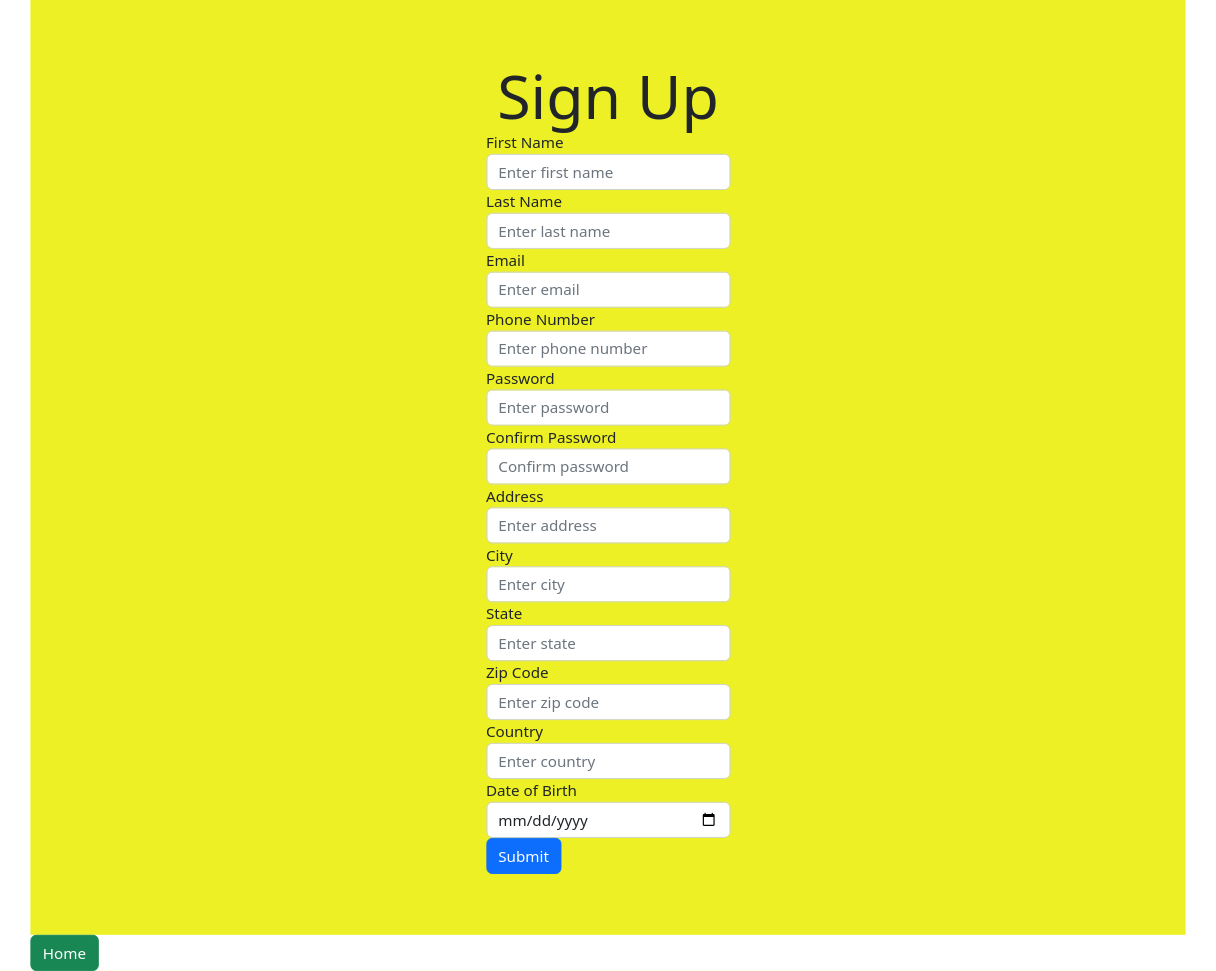
Repository: collegedude9300/zenschool
Page: /SignUp
The author's editor kept a copy of each file at every save. The page is drawn from the files as they stood at one save, then again after the next save.
The browser window is 1280 px wide. The pictures show the whole page, at 95% of full size.
The project was rebuilt for these pictures with package versions that can differ from the ones it lists, and the page was loaded fresh each time. The framework's server and built-in components were replaced by stand-ins that run in the browser. Also part of the build but not shown: next.config.js.

Above is the page before, as saved 2022-11-08 09:26:33.

### pages/SignUp.js
import Head from 'next/head'
import Image from 'next/image'
import styles from '../styles/Home.module.css'
import { useState, useEffect } from 'react';
import 'bootstrap/dist/css/bootstrap.css'
import Link from 'next/link';
export default function SignUp()
{
//validate Password
const validatePassword = (password) => {
  const re = /^(?=.*[a-z])(?=.*[A-Z])(?=.*\d)[a-zA-Z\d]{8,}$/;
  return re.test(String(password));
}
//validate Email
const validateEmail = (email) => {
  const re = /^(([^<>()[\]\\.,;:\s@"]+(\.[^<>()[\]\\.,;:\s@"]+)*)|(".+"))@((\[[0-1]\d{1,2}\.[0-1]\d{1,2}\.[0-1]\d{1,2}\.[0-1]\d{1,2}\])|(([a-zA-Z\-0-9]+\.)+[a-zA-Z]{2,}))$/;
  return re.test(String(email).toLowerCase());
}
//validate First Name
const validateFirstName = (firstName) => {
  const re = /^[A-Za-z]+$/;
  return re.test(String(firstName));
}
//validate Last Name
const validateLastName = (lastName) => {
  const re = /^[A-Za-z]+$/;
  return re.test(String(lastName));
}
//validate Phone Number
const validatePhoneNumber = (phoneNumber) => {
  const re = /^\d{10}$/;
  return re.test(String(phoneNumber));
}
//validate Address
const validateAddress = (address) => {
  const re = /^[0-9a-zA-Z\s,.'-]{3,}$/;
  return re.test(String(address));
}
//validate City
const validateCity = (city) => {
  const re = /^[a-zA-Z\s,.'-]{3,}$/;
  return re.test(String(city));
}
//validate State
const validateState = (state) => {
  const re = /^[a-zA-Z\s,.'-]{3,}$/;
  return re.test(String(state));
}
//validate Zip Code
const validateZipCode = (zipCode) => {
  const re = /^\d{5}$/;
  return re.test(String(zipCode));
}
//validate Country
const validateCountry = (country) => {
  const re = /^[a-zA-Z\s,.'-]{3,}$/;
  return re.test(String(country));
}
//validate Date of Birth
const validateDateOfBirth = (dateOfBirth) => {
  const re = /^\d{4}-\d{2}-\d{2}$/;
  return re.test(String(dateOfBirth));
}
//check to see if the email is valid
const handleSubmit = (e) => {
  e.preventDefault();
  const email = document.getElementById("email").value;
  const firstName = document.getElementById("firstName").value;
  const lastName = document.getElementById("lastName").value;
  const phoneNumber = document.getElementById("phoneNumber").value;
  const address = document.getElementById("address").value;
  const city = document.getElementById("city").value;
  const state = document.getElementById("state").value;
  const zipCode = document.getElementById("zipCode").value;
  const country = document.getElementById("country").value;
  const dateOfBirth = document.getElementById("dateOfBirth").value;
  const password = document.getElementById("password").value;
  const confirmPassword = document.getElementById("confirmPassword").value;
  if (validateEmail(email) && validateFirstName(firstName) && validateLastName(lastName) && validatePhoneNumber(phoneNumber) && validateAddress(address) && validateCity(city) && validateState(state) && validateZipCode(zipCode) && validateCountry(country) && validateDateOfBirth(dateOfBirth) && validatePassword(password) && password === confirmPassword) {
    alert("Success");
  }
  else {
    alert("Error");
  }
}
return (
  <div className={styles.container}>
    <Head>
      <title>Sign Up</title>
      <meta name="description" content="Generated by create next app" />
      <link rel="icon" href="/favicon.ico" />
    </Head>
    <main className={styles.main}>
      <h1 className={styles.title}>
        Sign Up
      </h1>
      <form onSubmit={handleSubmit}>
        <div className="form-group">
          <label htmlFor="firstName">First Name</label>
          <input type="text" className="form-control" id="firstName" placeholder="Enter first name" required/>
        </div>
        <div className="form-group">
          <label htmlFor="lastName">Last Name</label>
          <input type="text" className="form-control" id="lastName" placeholder="Enter last name" required/>
        </div>
        <div className="form-group">
          <label htmlFor="email">Email</label>
          <input type="email" className="form-control" id="email" placeholder="Enter email" required/>
        </div>
        <div className="form-group">
          <label htmlFor="phoneNumber">Phone Number</label>
          <input type="tel" className="form-control" id="phoneNumber" placeholder="Enter phone number" required/>
        </div>
        <div className="form-group">
          <label htmlFor="password">Password</label>
          <input type="password" className="form-control" id="password" placeholder="Enter password" required/>
        </div>
        <div className="form-group">
          <label htmlFor="confirmPassword">Confirm Password</label>
          <input type="password" className="form-control" id="confirmPassword" placeholder="Confirm password" required/>
        </div>
        <div className="form-group">
          <label htmlFor="address">Address</label>
          <input type="text" className="form-control" id="address" placeholder="Enter address" required/>
        </div>
        <div className="form-group">
          <label htmlFor="city">City</label>
          <input type="text" className="form-control" id="city" placeholder="Enter city" required/>
        </div>
        <div className="form-group">
          <label htmlFor="state">State</label>
          <input type="text" className="form-control" id="state" placeholder="Enter state" required/>
        </div>
        <div className="form-group">
          <label htmlFor="zipCode">Zip Code</label>
          <input type="text" className="form-control" id="zipCode" placeholder="Enter zip code" required/>
        </div>
        <div className="form-group">
          <label htmlFor="country">Country</label>
          <input type="text" className="form-control" id="country" placeholder="Enter country" required/>
        </div>
        <div className="form-group">
          <label htmlFor="dateOfBirth">Date of Birth</label>
          <input type="date" className="form-control" id="dateOfBirth" placeholder="Enter date of birth" required/>
        </div>
        <button type="submit" className="btn btn-primary">Submit</button>
      </form>
    </main>
      <Link legacyBehavior href="/">
        <a className="btn btn-success">Home</a>
        </Link>
  </div>
)}

### styles/Home.module.css
.container {
  padding: 0 2rem;
}
.main {
  min-height: 100vh;
  padding: 4rem 0;
  flex: 1;
  display: flex;
  flex-direction: column;
  justify-content: center;
  align-items: center;
  background-color: #ecf025;
}
.classpage {
  min-height: 100vh;
  padding: 4rem 0;
  flex: 1;
  display: flex;
  flex-direction: column;
  justify-content: center;
  align-items: center;
  background-color: #67ff02;
}
.gened {
  min-height: 100vh;
  padding: 4rem 0;
  flex: 1;
  display: flex;
  flex-direction: column;
  justify-content: center;
  align-items: center;
  background-color: #18e6db;
}
.login {
  min-height: 100vh;
  padding: 4rem 0;
  flex: 1;
  display: flex;
  flex-direction: column;
  justify-content: center;
  align-items: center;
  background-color: #ffc400;
}
.footer {
  display: flex;
  flex: 1;
  padding: 2rem 0;
  border-top: 1px solid #eaeaea;
  justify-content: center;
  align-items: center;
}

.footer a {
  display: flex;
  justify-content: center;
  align-items: center;
  flex-grow: 1;
}

.title a {
  color: #0070f3;
  text-decoration: none;
}

.title a:hover,
.title a:focus,
.title a:active {
  text-decoration: underline;
}

.title {
  margin: 0;
  line-height: 1.15;
  font-size: 4rem;
}

.title,
.description {
  text-align: center;
}

.description {
  margin: 4rem 0;
  line-height: 1.5;
  font-size: 1.5rem;
}

.code {
  background: #fafafa;
  border-radius: 5px;
  padding: 0.75rem;
  font-size: 1.1rem;
  font-family: Menlo, Monaco, Lucida Console, Liberation Mono, DejaVu Sans Mono,
    Bitstream Vera Sans Mono, Courier New, monospace;
}

.grid {
  display: flex;
  align-items: center;
  justify-content: center;
  flex-wrap: wrap;
  max-width: 800px;
}

.card {
  margin: 1rem;
  padding: 1.5rem;
  text-align: left;
  color: inherit;
  text-decoration: none;
  border: 1px solid #eaeaea;
  border-radius: 10px;
  transition: color 0.15s ease, border-color 0.15s ease;
  max-width: 300px;
}

.card:hover,
.card:focus,
.card:active {
  color: #0070f3;
  border-color: #0070f3;
}

.card h2 {
  margin: 0 0 1rem 0;
  font-size: 1.5rem;
}

.card p {
  margin: 0;
  font-size: 1.25rem;
  line-height: 1.5;
}

.logo {
  height: 1em;
  margin-left: 0.5rem;
}

@media (max-width: 600px) {
  .grid {
    width: 100%;
    flex-direction: column;
  }
}

@media (prefers-color-scheme: dark) {
  .card,
  .footer {
    border-color: #222;
  }
  .code {
    background: #111;
  }
  .logo img {
    filter: invert(1);
  }
}

Loaded but not shown: pages/_app.js (common file); styles/globals.css (common file)

After the next save:
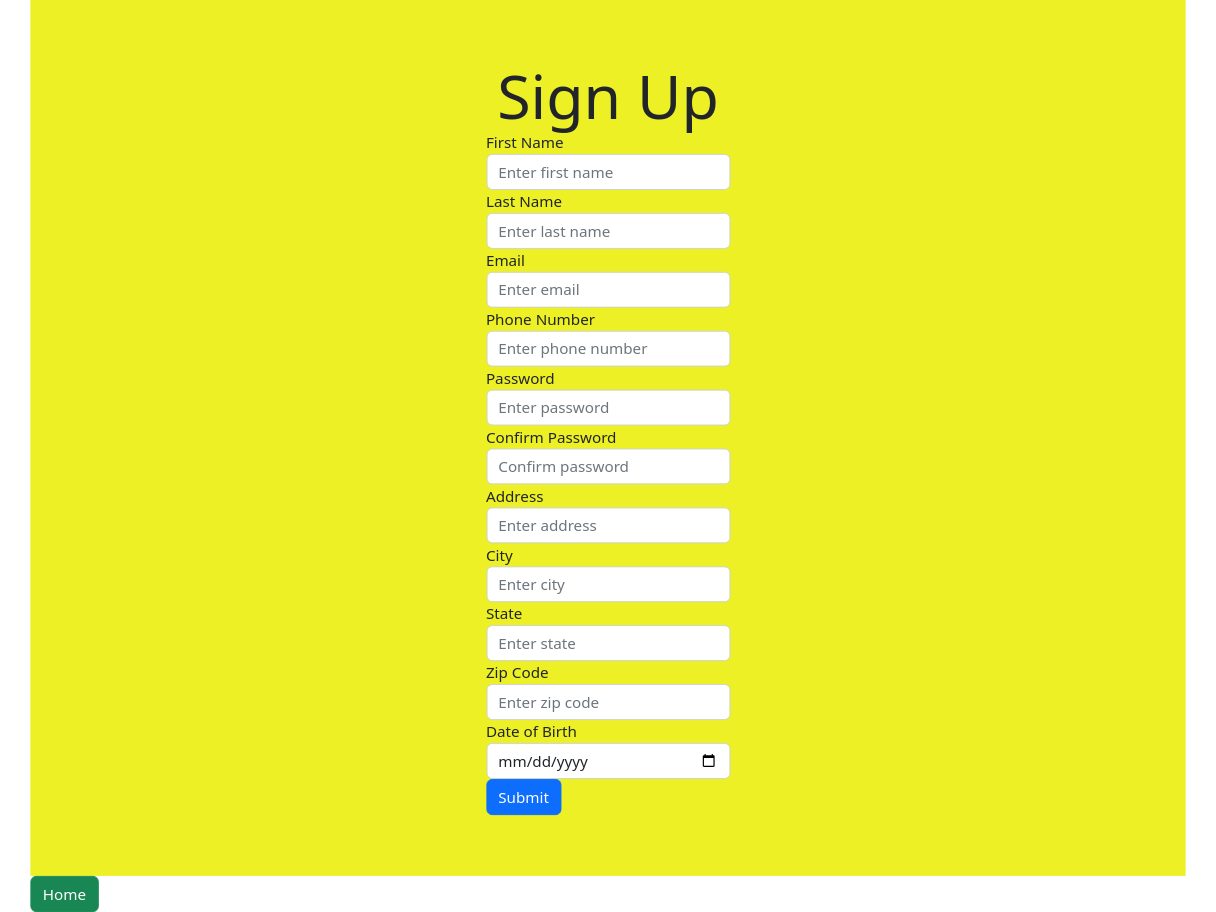
Saved 71 s later.
--- a/pages/SignUp.js
+++ b/pages/SignUp.js
@@ -51,11 +51,6 @@ const validateZipCode = (zipCode) => {
   const re = /^\d{5}$/;
   return re.test(String(zipCode));
 }
-//validate Country
-const validateCountry = (country) => {
-  const re = /^[a-zA-Z\s,.'-]{3,}$/;
-  return re.test(String(country));
-}
 //validate Date of Birth
 const validateDateOfBirth = (dateOfBirth) => {
   const re = /^\d{4}-\d{2}-\d{2}$/;
@@ -72,7 +67,6 @@ const handleSubmit = (e) => {
   const city = document.getElementById("city").value;
   const state = document.getElementById("state").value;
   const zipCode = document.getElementById("zipCode").value;
-  const country = document.getElementById("country").value;
   const dateOfBirth = document.getElementById("dateOfBirth").value;
   const password = document.getElementById("password").value;
   const confirmPassword = document.getElementById("confirmPassword").value;
@@ -136,10 +130,6 @@ return (
           <input type="text" className="form-control" id="zipCode" placeholder="Enter zip code" required/>
         </div>
         <div className="form-group">
-          <label htmlFor="country">Country</label>
-          <input type="text" className="form-control" id="country" placeholder="Enter country" required/>
-        </div>
-        <div className="form-group">
           <label htmlFor="dateOfBirth">Date of Birth</label>
           <input type="date" className="form-control" id="dateOfBirth" placeholder="Enter date of birth" required/>
         </div>
